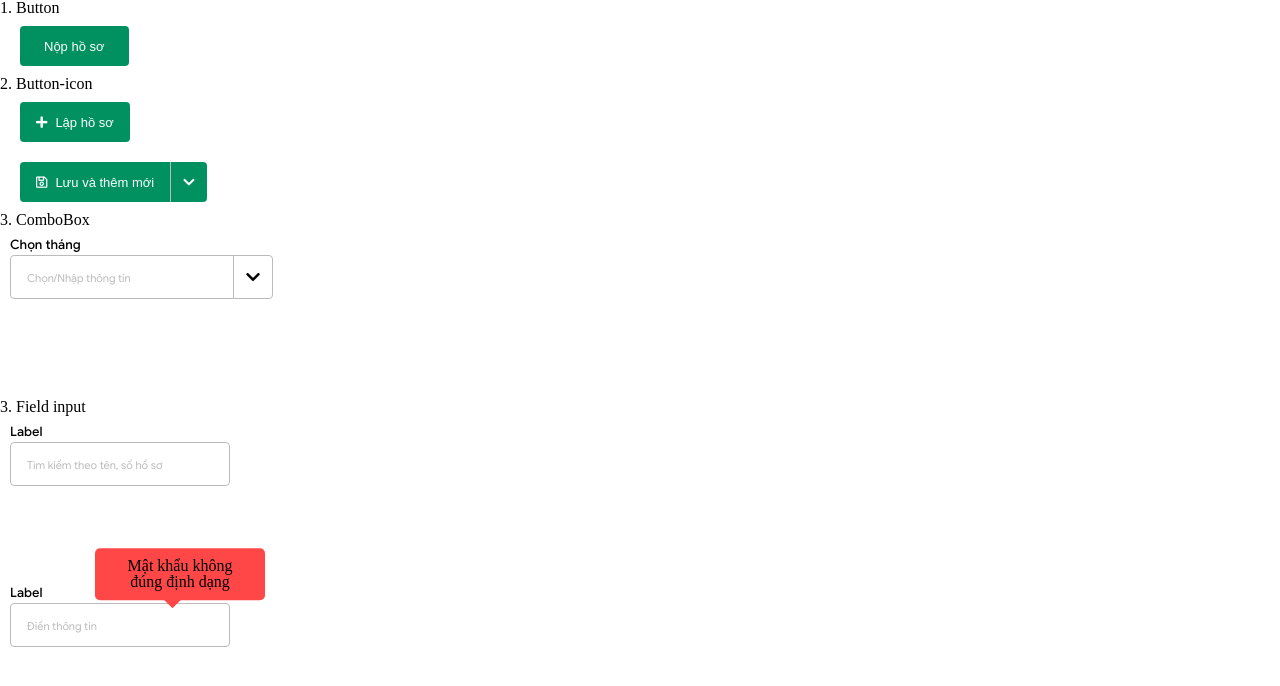
Repository: DAOVANLOI2K1/cukcuk_employeeGrid
Page: Page/index.html
An editor plug-in stored every save of this project. The page is shown before and after the next save, followed by the edit.
The browser window is 1280 px wide. The pictures show the whole page.

Above is the page before, as saved 2022-06-28 09:58:28.

### Page/index.html
<!DOCTYPE html>
<html lang="en">
<head>
    <meta charset="UTF-8">
    <meta http-equiv="X-UA-Compatible" content="IE=edge">
    <meta name="viewport" content="width=\\, initial-scale=1.0">
    <link rel="stylesheet" href="../css/common/common.css">
    <link rel="stylesheet" href="../css/layout/reset.css">
    <link rel="stylesheet" href="../asset/font/fontawesome-5.15.1/css/all.min.css">
    <title>Document</title>
</head>
<body>
    <label>1. Button</label>
    <div class="row">
        <button class="ms-btn">Nộp hồ sơ</button>
    </div>
    <label>2. Button-icon</label>
    <div class="row">
        <button class="ms-btn ms-btn-icon"><i class="fas fa-plus icon"></i>Lập hồ sơ</button>
    </div>
    <div class="row">
        <button class="ms-btn ms-btn-icon btn2"><i class="far fa-save icon"></i>Lưu và thêm mới</button>
        <button class="ms-btn arrow-down"><i class="fas fa-chevron-down icon"></i></button>
    </div>
    <label>3. ComboBox</label>
    <div class="row">
        <h3 class="label">Chọn tháng</h3>
        <div class="combo_box">
            <input type="text" class="ms-input input1" id="input" placeholder="Chọn/Nhập thông tin">
            <i class="fas fa-chevron-down icon"></i>
            <div class="options-dropdown">
                <div class="option">
                    <i class="fas fa-check option_icon"></i>
                    <h3 class="option_text">Trạng thái 1</h3>
                </div>
                <div class="option">
                    <i class="fas fa-check option_icon"></i>
                    <h3 class="option_text">Trạng thái 2</h3>
                </div>
            </div>
        </div>
    </div>
    <label>3. Field input</label>
    <div class="row">
        <h3 class="label">Label</h3>
        <input type="text" class="ms-input" placeholder="Tìm kiếm theo tên, số hồ sơ">
    </div>
    <div class="row" style="margin-top: 100px;">
        <h3 class="label">Label</h3>
        <input type="text" class="ms-input" placeholder="Điền thông tin">
        <div class="error_box">
            <h2 class="error_message">Mật khẩu không đúng định dạng</h2>
        </div>
    </div>
    <script src="../js/main.js"></script>
</body>
</html>

### css/common/common.css
@import url(button.css);
@import url(input.css);
@import url(combobox.css);
@import url(fieldInput.css);

body {
    font-family: GoogleSans-Regular;
    box-sizing: border-box;
}

.row {
    margin-left: 10px;
}

@font-face {
    font-family: GoogleSans-Bold;
    src: url(../../asset/font/GoogleSans-Bold.otf);
}
@font-face {
    font-family: GoogleSans-Medium;
    src: url(../../asset/font/GoogleSans-Medium.otf);
}
@font-face {
    font-family: GoogleSans-Regular;
    src: url(../../asset/font/GoogleSans-Regular.otf);
}

### js/main.js
// click arrow combobox
document.querySelector('.combo_box .icon').addEventListener('click', function(e) {
    this.classList.toggle('active');
    document.getElementsByClassName('option')[1].classList.remove('active');
    document.getElementsByClassName('option')[0].classList.remove('active');
});
// click option drop combobox
document.getElementsByClassName('option')[0].addEventListener('click', function() {
    this.classList.add('active');
    document.getElementsByClassName('option')[1].classList.remove('active');
    document.getElementById('input').value = 'Trạng thái 1';
});
document.getElementsByClassName('option')[1].addEventListener('click', function() {
    this.classList.add('active');
    document.getElementsByClassName('option')[0].classList.remove('active');
    document.getElementById('input').value = 'Trạng thái 2';
});

### css/common/button.css
.ms-btn {
    margin: 10px;
    height: 40px;
    padding: 0 24px;
    color: #fff;
    background-color: #019160;
    border-radius: 4px;
    font-size: 13px;
    align-items: center;
    border: none;
    cursor: pointer;
    min-width: 100px;
    transition: all .1s linear;
}

.ms-btn:hover {
    background-color: #2fbe8e;
}

.ms-btn:active {
    background-color: #01b075;
}

.ms-btn-icon {
    padding: 0 16px;
    text-align: left;
    margin-right: 0;
}

.ms-btn-icon > .icon{
    margin-right: 8px;
}

.btn2 {
    border-top-right-radius: 0;
    border-bottom-right-radius: 0;
}

.arrow-down {
    padding: 0 12px;
    min-width: unset;
    margin-left: -4px;
    border-left: 1px solid #bbb;
    border-bottom-left-radius: 0;
    border-top-left-radius: 0;
}
.arrow-down:hover > .icon {
    transform: rotate(180deg);
}

### css/common/input.css
.ms-input {
    outline: none;
    padding-left: 16px;
    height: 40px;
    border: 1px solid #bbb;
    border-radius: 4px;
    width: 200px;
    font-size: 13px;
    color: #000;
}

.label {
    margin-top: 10px;
    margin-bottom: 4px;
    font-size: 13px;
    color: #000;
    font-family: GoogleSans-Medium;
}

.ms-input::placeholder {
    font-size: 11px;
    color: #bbb;
    font-family: GoogleSans-Regular;
}

.ms-input:focus {
    border-color: #019160;
}

### css/common/combobox.css
.input1 {
    padding-right: 45px;
}

.combo_box {
    position: relative;
    display: inline-block;
    margin-bottom: 100px;
}

.combo_box > .icon {
    position: absolute;
    top: 1px;
    right: 1px;
    padding: 13px 12px;
    border-left: 1px solid #bbb;
    border-top-right-radius: 4px;
    border-bottom-right-radius: 4px;
    cursor: pointer;
}
.icon.active {
    border-top-right-radius: 0;
    border-bottom-right-radius: 0;
    border-top-left-radius: 4px;
    border-bottom-left-radius: 4px;
    border-left: none;
    border-right: 1px solid #bbb;
    background-color: #e9ebee;
    transform: rotate(180deg);
}
.icon.active ~ .options-dropdown {
    opacity: 1;
    visibility: visible;
}

.options-dropdown {
    position: absolute;
    padding: 5px 0;
    top: 100%;
    left: 0;
    width: 100%;
    border-radius: 4px;
    box-shadow: 0 2px 5px 0 rgba(0, 0, 0, 0.432);
    opacity: 0;
    visibility: hidden;
    transition: all .1s linear;
}

.option {
    display: flex;
    align-items: center;
    height: 40px;
}

.option_icon {
    margin: 0 10px;
    font-size: 16px;
    opacity: 0;
}

.option:hover {
    background-color: #e9ebee;
}

.option.active {
    background-color: #019160;
    color: white;
}
.option.active > .option_icon{
    opacity: 1;
}

### css/common/fieldInput.css
.error_box {
    width: 130px;
    padding: 10px 20px;
    background-color: #ff4747;
    text-align: center;
    border-radius: 5px;
    position: relative;
    transform: translate(50%, -190%);
}

.error_box::before {
    content: "";
    position: absolute;
    bottom: -5px;
    right: 50%;
    width: 15px;
    height: 15px;
    background-color: #ff4747;
    transform: rotate(45deg);
}

Loaded but not shown: css/layout/reset.css (common file); asset/font/fontawesome-5.15.1/css/all.min.css (library)

After the next save:
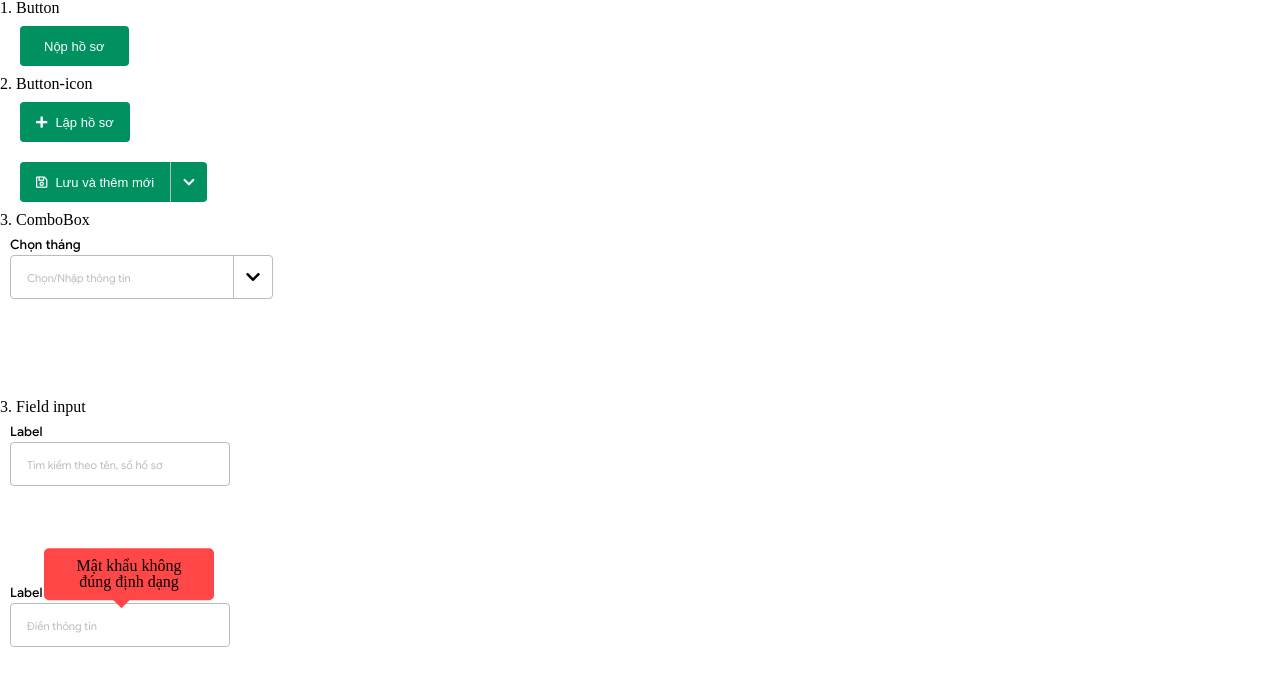
Saved 8 s later.
--- a/css/common/fieldInput.css
+++ b/css/common/fieldInput.css
@@ -5,7 +5,7 @@
     text-align: center;
     border-radius: 5px;
     position: relative;
-    transform: translate(50%, -190%);
+    transform: translate(20%, -190%);
 }
 
 .error_box::before {
